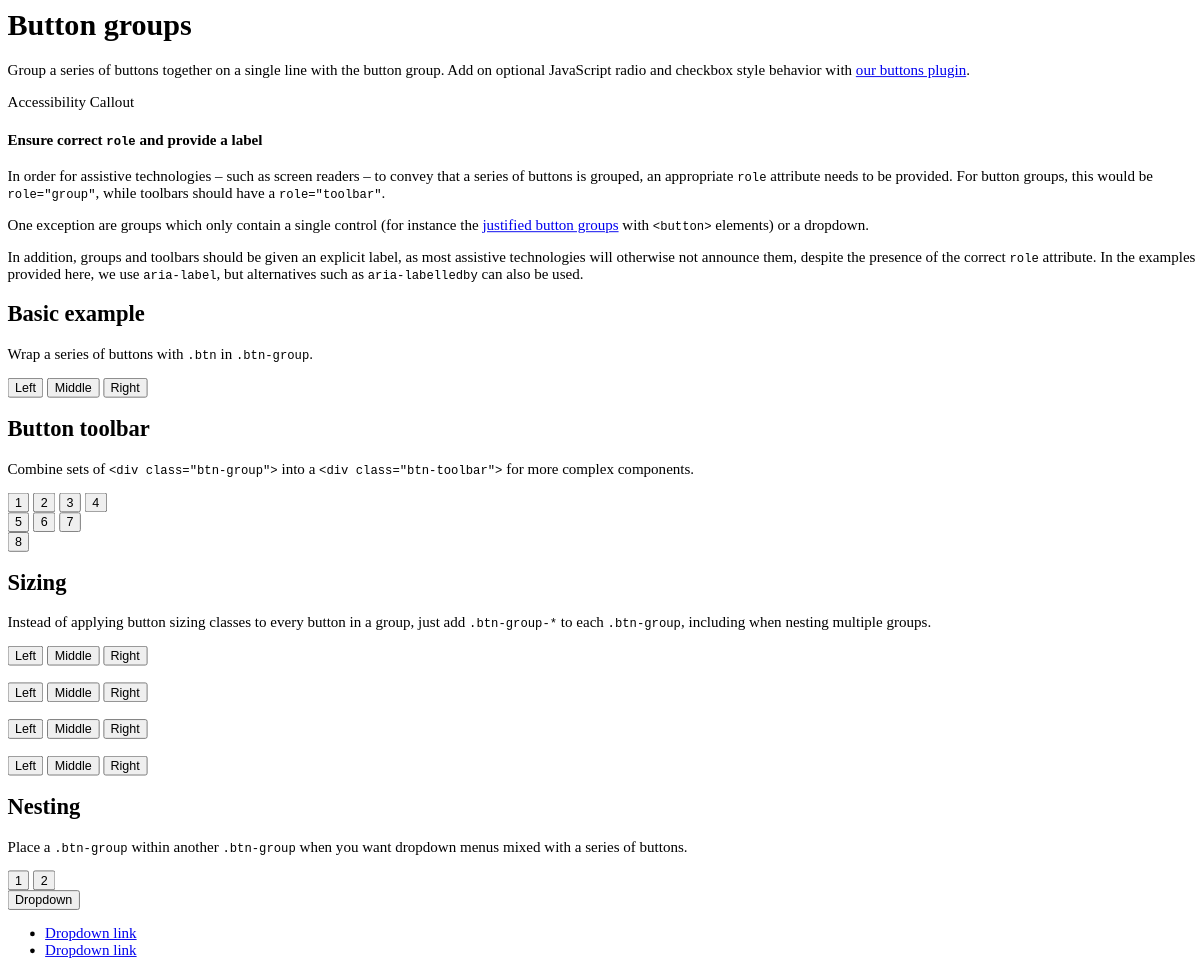
Repository: WTW-IM/bda-ui-toolkit
Page: docs/_includes/controls/button-groups.html
The author's editor kept a record of every edit. The page is drawn from the files as they stood at one moment, then again after the next edit.
The browser window is 1280 px wide. The pictures show the whole page, at 94% of full size.

Above is the page before.

### docs/_includes/controls/button-groups.html
<div class="bs-docs-section">
  <h1 id="btn-groups" class="page-header">Button groups</h1>

  <p class="lead">Group a series of buttons together on a single line with the button group. Add on optional JavaScript radio and checkbox style behavior with <a href="../javascript/#buttons">our buttons plugin</a>.</p>

  <div class="bs-callout bs-callout-accessibility" id="callout-btn-group-accessibility">
    <span class="accessibility-tag"><span class="icon-reg oe-icon-accessibility"></span> Accessibility Callout</span>
    <h4>Ensure correct <code>role</code> and provide a label</h4>
    <p>In order for assistive technologies – such as screen readers – to convey that a series of buttons is grouped, an appropriate <code>role</code> attribute needs to be provided. For button groups, this would be <code>role="group"</code>, while toolbars should have a <code>role="toolbar"</code>.</p>
    <p>One exception are groups which only contain a single control (for instance the <a href="#btn-groups-justified">justified button groups</a> with <code>&lt;button&gt;</code> elements) or a dropdown.</p>
    <p>In addition, groups and toolbars should be given an explicit label, as most assistive technologies will otherwise not announce them, despite the presence of the correct <code>role</code> attribute. In the examples provided here, we use <code>aria-label</code>, but alternatives such as <code>aria-labelledby</code> can also be used.</p>
  </div>

  <h2 id="btn-groups-single">Basic example</h2>
  <p>Wrap a series of buttons with <code>.btn</code> in <code>.btn-group</code>.</p>
  <div class="bs-example" data-example-id="simple-button-group">
    <div class="clearfix">
      <span class="btn-grp-example">
        <div class="btn-group" role="group" aria-label="Basic example">
          <button type="button" class="btn btn-default">Left</button>
          <button type="button" class="btn btn-default">Middle</button>
          <button type="button" class="btn btn-default">Right</button>
        </div>
      </span>
    </div>
  </div>

  <h2 id="btn-groups-toolbar">Button toolbar</h2>
  <p>Combine sets of <code>&lt;div class="btn-group"&gt;</code> into a <code>&lt;div class="btn-toolbar"&gt;</code> for more complex components.</p>
  <div class="bs-example" data-example-id="simple-button-toolbar">
    <div class="btn-toolbar" role="toolbar" aria-label="Toolbar with button groups">
      <span class="btn-grp-example">
        <div class="btn-group" role="group" aria-label="First group">
          <button type="button" class="btn btn-default">1</button>
          <button type="button" class="btn btn-default">2</button>
          <button type="button" class="btn btn-default">3</button>
          <button type="button" class="btn btn-default">4</button>
        </div>
      </span>
      <span class="btn-grp-example">
        <div class="btn-group" role="group" aria-label="Second group">
          <button type="button" class="btn btn-default">5</button>
          <button type="button" class="btn btn-default">6</button>
          <button type="button" class="btn btn-default">7</button>
        </div>
      </span>
      <span class="btn-grp-example">
        <div class="btn-group" role="group" aria-label="Third group">
          <button type="button" class="btn btn-default">8</button>
        </div>
      </span>
    </div>
  </div>

  <h2 id="btn-groups-sizing">Sizing</h2>
  <p>Instead of applying button sizing classes to every button in a group, just add <code>.btn-group-*</code> to each <code>.btn-group</code>, including when nesting multiple groups.</p>
  <div class="bs-example" data-example-id="button-group-sizing">
    <span class="btn-grp-example">
    <div class="btn-group btn-group-lg" role="group" aria-label="Large button group">
      <button type="button" class="btn btn-default">Left</button>
      <button type="button" class="btn btn-default">Middle</button>
      <button type="button" class="btn btn-default">Right</button>
    </div>
    <br>
    <div class="btn-group" role="group" aria-label="Default button group">
      <button type="button" class="btn btn-default">Left</button>
      <button type="button" class="btn btn-default">Middle</button>
      <button type="button" class="btn btn-default">Right</button>
    </div>
    <br>
    <div class="btn-group btn-group-sm" role="group" aria-label="Small button group">
      <button type="button" class="btn btn-default">Left</button>
      <button type="button" class="btn btn-default">Middle</button>
      <button type="button" class="btn btn-default">Right</button>
    </div>
    <br>
    <div class="btn-group btn-group-xs" role="group" aria-label="Extra-small button group">
      <button type="button" class="btn btn-default">Left</button>
      <button type="button" class="btn btn-default">Middle</button>
      <button type="button" class="btn btn-default">Right</button>
    </div>
  </div>

  <h2 id="btn-groups-nested">Nesting</h2>
  <p>Place a <code>.btn-group</code> within another <code>.btn-group</code> when you want dropdown menus mixed with a series of buttons.</p>
  <div class="bs-example" data-example-id="button-group-nesting">
    <div class="btn-group" role="group" aria-label="Button group with nested dropdown">
      <button type="button" class="btn btn-default">1</button>
      <button type="button" class="btn btn-default">2</button>

      <div class="btn-group" role="group">
        <button id="btnGroupDrop1" type="button" class="btn btn-default dropdown-toggle" data-toggle="dropdown" aria-haspopup="true" aria-expanded="false">
          Dropdown
          <span class="caret"></span>
        </button>
        <ul class="dropdown-menu" aria-labelledby="btnGroupDrop1">
          <li><a href="#">Dropdown link</a></li>
          <li><a href="#">Dropdown link</a></li>
        </ul>
      </div>
    </div>
  </div>

</div>

After the next edit:
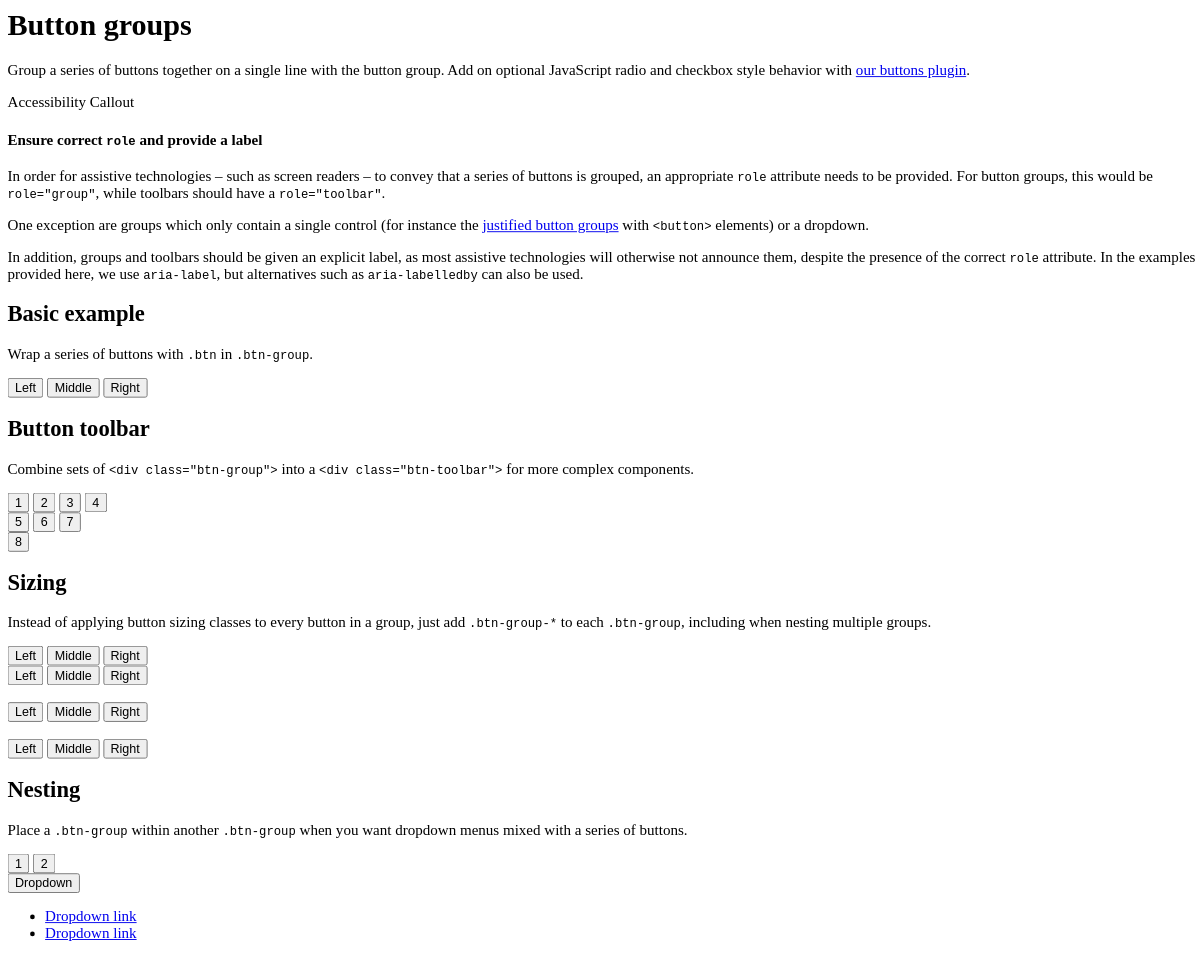
The edit:
--- a/docs/_includes/controls/button-groups.html
+++ b/docs/_includes/controls/button-groups.html
@@ -61,7 +61,8 @@
       <button type="button" class="btn btn-default">Middle</button>
       <button type="button" class="btn btn-default">Right</button>
     </div>
-    <br>
+
+    <span class="btn-grp-example">
     <div class="btn-group" role="group" aria-label="Default button group">
       <button type="button" class="btn btn-default">Left</button>
       <button type="button" class="btn btn-default">Middle</button>
